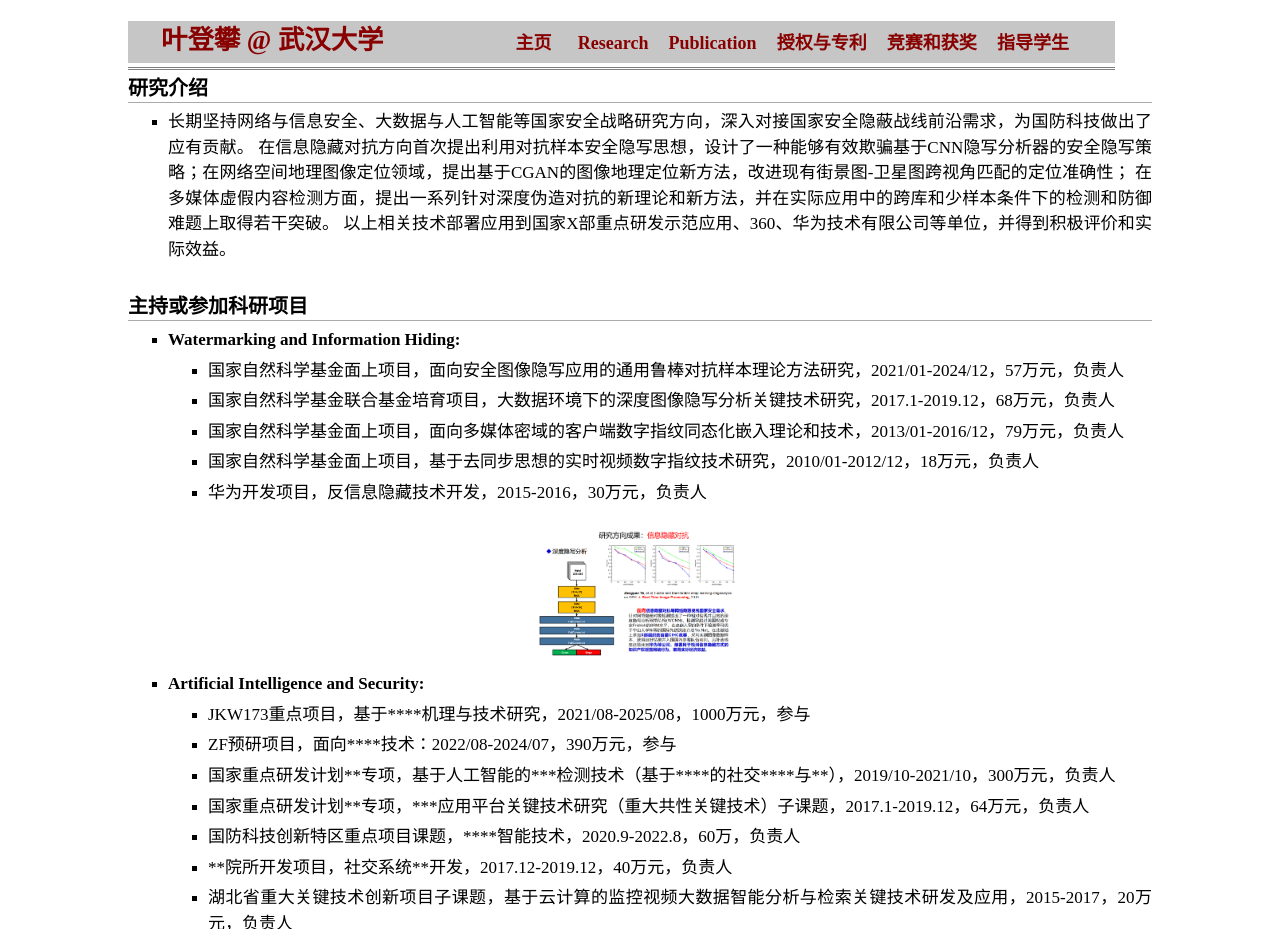
Repository: yedengpan/yedengpan.github.io
Page: research.html
The author's editor kept a copy of each file at every save. The page is drawn from the files as they stood at one save, then again after the next save.
The browser window is 1280 px wide. The pictures show the part of the page from y = 0 to 929 px (the page is 1768 px tall before and 2472 px after).
A picture or video elsewhere on the page could not be fetched, so the positions and the page height are approximate.

Above is the page before, as saved 2023-12-04 15:52:50.
Console error: SyntaxError: Unexpected token '%'

After the next save:
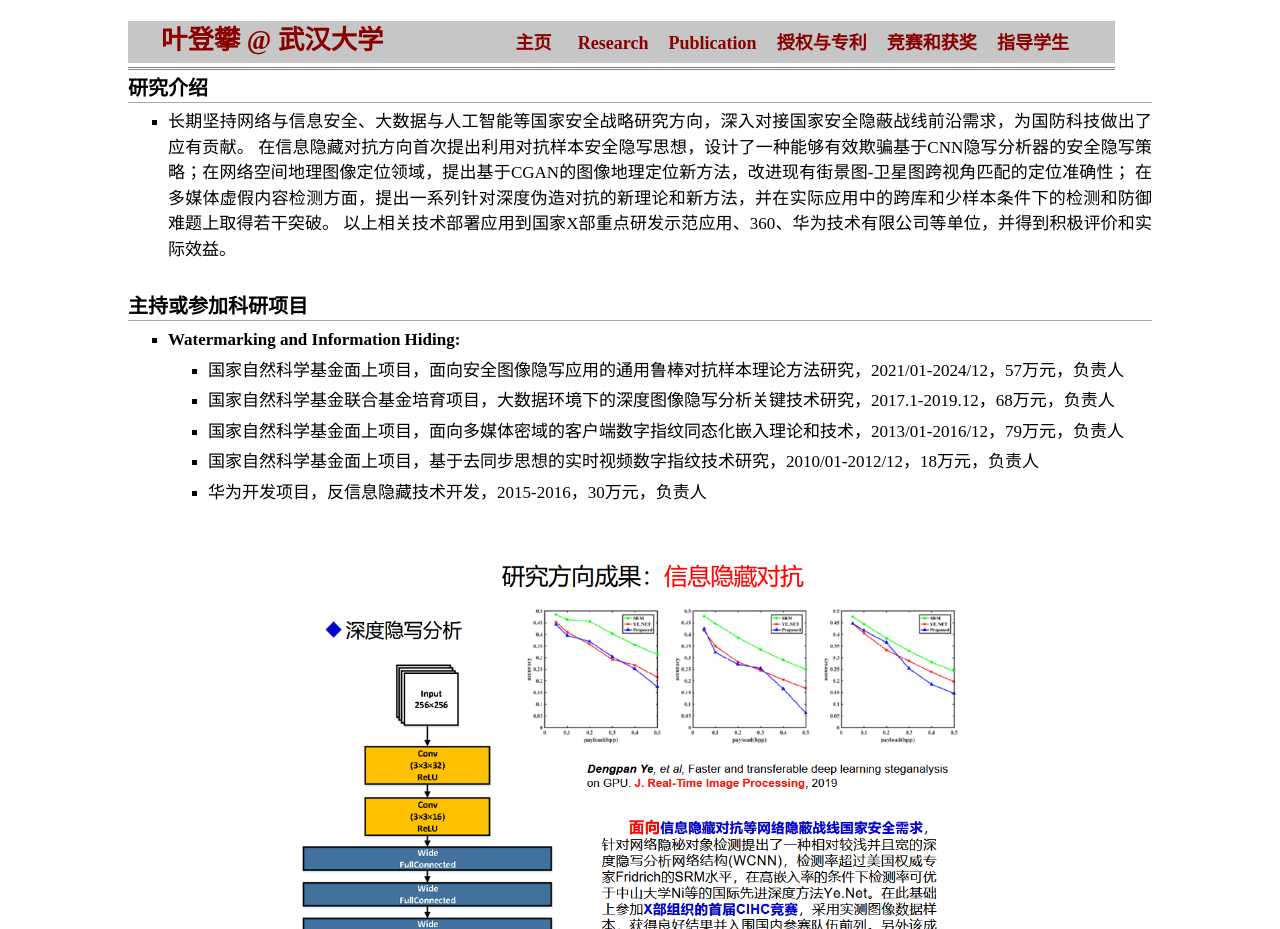
Saved 11 s later.
--- a/research.html
+++ b/research.html
@@ -13,7 +13,7 @@
         .center-image {
             display: block;
             margin: 0 auto;
-            width: 20%;
+            width: 67%;
         }
     </style>
 
